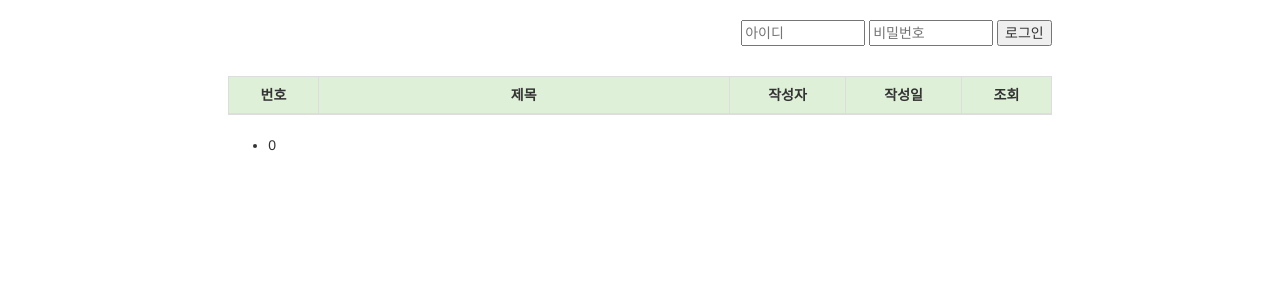
Repository: JinYongHyeon/kosta
Page: http://localhost/webstudy40-board-step4-update/
These files come from the project's save history. The page is drawn as it stood at one moment and after the next save; the edit follows.
The browser window is 1280 px wide. The pictures show the whole page.
The page is served by Tomcat 9. Other server files are loaded and not shown. Queries for data that is not in the repository find no rows.

Above is the page before, as saved 2020-09-30 08:14:44.

### web-workspace2/webstudy40-board-step4-update/WebContent/index.jsp
<%@ page language="java" contentType="text/html; charset=UTF-8"
    pageEncoding="UTF-8"%>
    <%@ taglib prefix="c" uri="http://java.sun.com/jsp/jstl/core"%>
 <jsp:forward page="front">
 	<jsp:param name="command" value="List" />
 </jsp:forward>

### web-workspace2/webstudy40-board-step4-update/WebContent/template/layout.jsp
<%@ page language="java" contentType="text/html; charset=UTF-8"
    pageEncoding="UTF-8"%>
<%@ taglib prefix="c" uri="http://java.sun.com/jsp/jstl/core" %>
<!DOCTYPE html>
<html lang="en">
<head>
  <title>board</title>
  <meta charset="utf-8">
  <meta name="viewport" content="width=device-width, initial-scale=1">
  <link rel="stylesheet" href="https://maxcdn.bootstrapcdn.com/bootstrap/3.3.7/css/bootstrap.min.css">
  <link rel="stylesheet" href="${pageContext.request.contextPath}/css/myhome.css">
</head>
<body>
<!-- container-fluid: 화면 너비와 상관없이 항상 100% -->
<div class="container-fluid">
  <div class="row header">
    <div class="col-sm-8 col-sm-offset-2" align="right">
   	<c:import url="/template/header.jsp"></c:import>
    </div>
  </div>
  <div class="row main">
    <div class="col-sm-8 col-sm-offset-2">
	<c:import url="${url}"></c:import>
    </div>
  </div>
</div>
</body>
</html>

### web-workspace2/webstudy40-board-step4-update/WebContent/template/header.jsp
<%@ page language="java" contentType="text/html; charset=UTF-8"
    pageEncoding="UTF-8"%>
    <%@ taglib prefix="c" uri="http://java.sun.com/jsp/jstl/core" %>
   <script type="text/javascript">
	function logout(){
		var f=confirm("로그아웃하시겠습니까?");
		if(f)
			location.href="${pageContext.request.contextPath}/front?command=Logout";
	}
</script>
<c:choose>
<c:when test="${sessionScope.mvo==null}">
<form method="post" action="${pageContext.request.contextPath}/front">
<input type="hidden" name="command" value="Login">
    <input type="text" name="id"   placeholder="아이디" size="12">
   <input type="password" name="password"  placeholder="비밀번호" size="12">
    <input type="submit" value="로그인">
</form>
</c:when>
<c:otherwise>
<a href="${pageContext.request.contextPath}/index.jsp">홈</a>&nbsp;&nbsp;
<a href="${pageContext.request.contextPath}/front?command=WritePostForm">글쓰기</a>&nbsp;&nbsp;
 ${sessionScope.mvo.name}님 &nbsp;&nbsp;
 <a href="javascript:logout()">로그아웃</a>
</c:otherwise>
</c:choose>

### web-workspace2/webstudy40-board-step4-update/WebContent/board/list.jsp
<%@ page language="java" contentType="text/html; charset=UTF-8"
	pageEncoding="UTF-8"%>
<%@ taglib prefix="c" uri="http://java.sun.com/jsp/jstl/core"%>
<table class="table table-bordered  table-hover boardlist">
	<thead>
		<tr class="success">
			<th>번호</th>
			<th class="title">제목</th>
			<th>작성자</th>
			<th>작성일</th>
			<th>조회</th>
		</tr>
	</thead>
	<tbody>
		<c:forEach var="pvo" items="${requestScope.lvo.list}">
			<tr>
				<td>${pvo.no }</td>
				<td><c:choose>
						<c:when test="${sessionScope.mvo!=null}">
							<a
								href="${pageContext.request.contextPath}/front?command=PostDetail&no=${pvo.no }">
								${pvo.title }</a>
						</c:when>
						<c:otherwise>
				${pvo.title }
				</c:otherwise>
					</c:choose></td>
				<td>${pvo.memberVO.name }</td>
				<td>${pvo.timePosted }</td>
				<td>${pvo.hits }</td>
			</tr>
		</c:forEach>
	</tbody>
</table>
<c:set value="${requestScoe.lvo.pagingBean}" var="bean"></c:set>
${bean.endPageGroup}
<ul>
	<c:forEach var="page" begin="${bean.startPageGroup}"
		end="${bean.endPageGroup}">
		<li>${page}</li>
	</c:forEach>
</ul>

### web-workspace2/webstudy40-board-step4-update/src/org/kosta/controller/HandlerMapping.java
package org.kosta.controller;

public class HandlerMapping {
	private static HandlerMapping instance=new HandlerMapping();
	private HandlerMapping() {}
	public static HandlerMapping getInstance() {
		return instance;
	}
	public Controller create(String command) {
		Controller controller=null;
		if(command.equals("List")){
			controller=new ListController();
		}else if(command.equals("Login")){
			controller=new LoginController();
		}else if(command.equals("Logout")){
			controller=new LogoutController();
		}else if(command.equals("PostDetail")){
			controller=new PostDetailController();
		}else if (command.equals("WritePostForm")) {
			controller = new WritePostFormController();
		}else if (command.equals("WritePost")) {
			controller = new WritePostController();
		}else if(command.equals("PostDetailNoHits")){
			controller=new PostDetailNoHitsController();
		}else if(command.equals("DeletePost")){
			controller=new DeletePostController();
		}else if(command.equals("UpdatePostForm")){
			controller=new UpdatePostFormController();
		}else if(command.equals("UpdatePost")){
			controller=new UpdatePostController();
		}
		return controller;
	}
}

### web-workspace2/webstudy40-board-step4-update/src/org/kosta/controller/Controller.java
package org.kosta.controller;

import javax.servlet.http.HttpServletRequest;
import javax.servlet.http.HttpServletResponse;

public interface Controller {
	public String execute(HttpServletRequest request,
			HttpServletResponse response) throws Exception;
}

### web-workspace2/webstudy40-board-step4-update/src/org/kosta/controller/ListController.java
package org.kosta.controller;

import java.util.ArrayList;

import javax.servlet.http.HttpServletRequest;
import javax.servlet.http.HttpServletResponse;

import org.kosta.model.BoardDAO;
import org.kosta.model.ListVO;
import org.kosta.model.PagingBean;
import org.kosta.model.PostVO;


public class ListController  implements Controller {
	@Override
	public String execute(HttpServletRequest request,
			HttpServletResponse response) throws Exception {
		//ArrayList<PostVO> list=BoardDAO.getInstance().getPostingList();
		//request.setAttribute("list", list);
		String nowPage = request.getParameter("nowPage");
		PagingBean pagingBean = null;
		int totalRow = BoardDAO.getInstance().getBoardAllRow();
		if(nowPage == null) {
		pagingBean = new PagingBean(totalRow);
		}else {
		pagingBean = new PagingBean(totalRow,Integer.parseInt(nowPage));
		}
		ArrayList<PostVO> pvoList = BoardDAO.getInstance().getPostingList(pagingBean);
		ListVO lvo = new ListVO(pvoList, pagingBean);
		request.setAttribute("lvo", lvo);
		request.setAttribute("url", "/board/list.jsp");
		return "/template/layout.jsp";
	}
}

### web-workspace2/webstudy40-board-step4-update/src/org/kosta/model/BoardDAO.java
package org.kosta.model;

import java.sql.Connection;
import java.sql.PreparedStatement;
import java.sql.ResultSet;
import java.sql.SQLException;
import java.util.ArrayList;

import javax.sql.DataSource;

public class BoardDAO {
	private static BoardDAO dao=new BoardDAO();
	private DataSource dataSource;
	private BoardDAO(){
		dataSource=DataSourceManager.getInstance().getDataSource();
	}
	public static BoardDAO getInstance(){
		return dao;
	}
	public Connection getConnection() throws SQLException{
		return dataSource.getConnection();
	}
	public void closeAll(PreparedStatement pstmt,Connection con) throws SQLException{
		if(pstmt!=null)
			pstmt.close();
		if(con!=null)
			con.close();
	}
	public void closeAll(ResultSet rs,PreparedStatement pstmt,Connection con) throws SQLException{
		if(rs!=null)
			rs.close();
		closeAll(pstmt,con);
	}

	public int getBoardAllRow() throws SQLException {
		int total = 0;
		Connection con =null;
		PreparedStatement pstmt = null;
		ResultSet rs  = null;
		try {
			con =dataSource.getConnection();
			String sql = "SELECT COUNT(*) FROM board";
			pstmt = con.prepareStatement(sql);
			rs = pstmt.executeQuery();
			if(rs.next()) {
				total = rs.getInt(1);
			}
		}finally {
			closeAll(rs,pstmt,con);
		}
		return total;
	}
	/**
	 * 페이지 번호에 해당하는 게시물 목록 리스트를 반환하는 메서드
	 * LIST SQL -> Test 후 반영하세요
	    SELECT b.no,b.title,b.hits,to_char(time_posted,'YYYY.MM.DD') as time_posted,m.id,m.name
		FROM board b , board_member m
		WHERE b.id=m.id
		order by no desc
	 * @param pageNo
	 * @return
	 * @throws SQLException
	 *
	 */
	public ArrayList<PostVO> getPostingList(PagingBean bean) throws SQLException{
		ArrayList<PostVO> list=new ArrayList<PostVO>();
		Connection con=null;
		PreparedStatement pstmt=null;
		ResultSet rs=null;
		try{
			con=getConnection();
			StringBuilder sql=new StringBuilder();
			sql.append("SELECT b.no,b.title,b.hits,b.time_posted,m.id,m.name ");
			sql.append("FROM(SELECT ROW_NUMBER() OVER(ORDER BY no DESC) AS rnum, no,title,hits,to_char(time_posted,'YYYY.MM.DD') as time_posted,id FROM board)");
			sql.append("b,board_member m WHERE b.id=m.id AND b.rnum BETWEEN ? AND ?");
			pstmt=con.prepareStatement(sql.toString());
			pstmt.setInt(1, bean.getPageStartRow());
			pstmt.setInt(2, bean.getPageEndRow());
			rs=pstmt.executeQuery();
			//목록에서 게시물 content는 필요없으므로 null로 setting
			//select no,title,time_posted,hits,id,name
			while(rs.next()){
				PostVO pvo=new PostVO();
				pvo.setNo(rs.getString(1));
				pvo.setTitle(rs.getString(2));
				pvo.setHits(rs.getInt(3));
				pvo.setTimePosted(rs.getString(4));
				MemberVO mvo=new MemberVO();
				mvo.setId(rs.getString(5));
				mvo.setName(rs.getString(6));
				pvo.setMemberVO(mvo);
				list.add(pvo);
			}
		}finally{
			closeAll(rs,pstmt,con);
		}
		return list;
	}
	 /**
     * Sequence 글번호로 게시물을 검색하는 메서드
     * @param no
     * @return
     * @throws SQLException
     */
	public PostVO getPostingByNo(String no) throws SQLException{
		PostVO pvo=null;
		Connection con=null;
		PreparedStatement pstmt=null;
		ResultSet rs=null;
		try{
			con=getConnection();
			StringBuilder sql=new StringBuilder();
			sql.append("select b.title,to_char(b.time_posted,'YYYY.MM.DD  HH24:MI:SS') as time_posted");
			sql.append(",b.content,b.hits,b.id,m.name");
			sql.append(" from board b,board_member m");
			sql.append(" where b.id=m.id and b.no=?");
			pstmt=con.prepareStatement(sql.toString());
			pstmt.setString(1, no);
			rs=pstmt.executeQuery();
			if(rs.next()){
				pvo=new PostVO();
				pvo.setNo(no);
				pvo.setTitle(rs.getString("title"));
				pvo.setContent(rs.getString("content"));
				pvo.setHits(rs.getInt("hits"));
				pvo.setTimePosted(rs.getString("time_posted"));
				MemberVO mvo=new MemberVO();
				mvo.setId(rs.getString("id"));
				mvo.setName(rs.getString("name"));
				pvo.setMemberVO(mvo);
			}
		}finally{
			closeAll(rs,pstmt,con);
		}
		return pvo;
	}
	/**
	 * 조회수 증가
	 * @param no
	 * @throws SQLException
	 */
	public void updateHit(String no) throws SQLException{
		Connection con=null;
		PreparedStatement pstmt=null;
		try{
			con=getConnection();
			String sql="update board set hits=hits+1 where no=?";
			pstmt=con.prepareStatement(sql);
			pstmt.setString(1, no);
			pstmt.executeUpdate();
		}finally{
			closeAll(pstmt,con);
		}
	}
	/**
	 * 게시물 등록 메서드
	 * 게시물 등록 후 생성된 시퀀스를 BoardVO에 setting 한다.
	 * insert into board(no,title,content,id,time_posted) values(board_seq.nextval,?,?,?,sysdate)
	 * @param vo
	 * @throws SQLException
	 */
	public void posting(PostVO vo) throws SQLException{
		Connection con=null;
		PreparedStatement pstmt=null;
		ResultSet rs=null;
		try{
			con=getConnection();
			StringBuilder sql=new StringBuilder();
			sql.append("insert into board(no,title,content,id,time_posted) ");
			sql.append("values(board_seq.nextval,?,?,?,sysdate)");
			pstmt=con.prepareStatement(sql.toString());
			pstmt.setString(1, vo.getTitle());
			pstmt.setString(2, vo.getContent());
			pstmt.setString(3, vo.getMemberVO().getId());
			pstmt.executeUpdate();
			pstmt.close();
			pstmt=con.prepareStatement("select board_seq.currval from dual");
			rs=pstmt.executeQuery();
			if(rs.next())
			vo.setNo(rs.getString(1));
		}finally{
			closeAll(rs,pstmt,con);
		}
	}
	/**
	 * 글번호에 해당하는 게시물을 삭제하는 메서드
	 * @param no
	 * @throws SQLException
	 */
	public void deletePosting(int no) throws SQLException{
		Connection con=null;
		PreparedStatement pstmt=null;
		try{
			con=getConnection();
			pstmt=con.prepareStatement("delete from board where no=?");
			pstmt.setInt(1, no);
			pstmt.executeUpdate();
		}finally{
			closeAll(pstmt,con);
		}
	}
	/**
	 * 게시물 정보 업데이트하는 메서드
	 * @param vo
	 * @throws SQLException
	 */
	public void updatePosting(PostVO vo) throws SQLException{
		Connection con=null;
		PreparedStatement pstmt=null;
		try{
			con=getConnection();
			pstmt=con.prepareStatement("update board set title=?,content=? where no=?");
			pstmt.setString(1, vo.getTitle());
			pstmt.setString(2, vo.getContent());
			pstmt.setString(3, vo.getNo());
			pstmt.executeUpdate();
		}finally{
			closeAll(pstmt,con);
		}
	}
}

### web-workspace2/webstudy40-board-step4-update/src/org/kosta/model/DataSourceManager.java
package org.kosta.model;

import javax.sql.DataSource;

import org.apache.tomcat.dbcp.dbcp2.BasicDataSource;



/**
 * 컨넥션 풀pool을 생성하여 공유하는 객체
 * (컨넥션풀은 컨넥션 필요시 생성,소멸하는
 * 방식이 아니라 빌려오고 반납받는 형식으로
 * 동작하여 성능을 향상시키는 것이 목적)
 *
 * 시스템 상에서 dbcp 는 하나만 존재하면 되고
 * 여러곳에서 사용하면 되므로 singleton pattern을
 * 적용하여 구현한다.
 * @author KOSTA
 *
 */
public class DataSourceManager {
	private static DataSourceManager instance
							=new DataSourceManager();
	private DataSource ds;
	private DataSourceManager(){
		BasicDataSource dataSource=new BasicDataSource();
		dataSource.setDriverClassName("oracle.jdbc.driver.OracleDriver");
		dataSource.setUrl("jdbc:oracle:thin:@127.0.0.1:1521:xe");
		dataSource.setUsername("scott");
		dataSource.setPassword("tiger");
		ds=dataSource;
	}
	public static DataSourceManager getInstance(){
		return instance;
	}
	public DataSource getDataSource(){
		return ds;
	}
}

### web-workspace2/webstudy40-board-step4-update/src/org/kosta/model/PagingBean.java
package org.kosta.model;

public class PagingBean {
	private int nowPage =1;
	//페이지당 게시물 수
	private int postCountPerPage = 5;
	//페이지 수
	private int postCountperPageGroup = 4;

	private int totalRow;


	public PagingBean(int totalRow) {
		this.totalRow = totalRow;
	}

	public PagingBean(int totalRow, int nowPage) {
		this.totalRow = totalRow;
		this.nowPage= nowPage;
	}
	//현 페이지 시작 번호
	public int getPageStartRow() {
		return (nowPage-1)*postCountPerPage+1;
	}

	//현 페이지 마지막 번호
	public int getPageEndRow() {
		return nowPage*postCountPerPage>totalRow?totalRow:nowPage*postCountPerPage;
	}

	//총 페이지
	public int getTotalPage() {
		return totalRow%postCountPerPage==0?totalRow/postCountPerPage:totalRow/postCountPerPage+1;
	}
	//총 그룹
	public int getTotalPageGroup() {
		return getTotalPage()%postCountperPageGroup==0?getTotalPage()/postCountperPageGroup:getTotalPage()/postCountperPageGroup+1;
	}

	//현재 그룹 번호
	public int getNowPageGroup(){
		return nowPage%postCountperPageGroup==0?nowPage/postCountperPageGroup:nowPage/postCountperPageGroup+1;
	}
	//현 그룹 시작번호
	public int getStartPageGroup() {
		return (getNowPageGroup()-1)*postCountperPageGroup+1;
	}
	//현 그룹 마지막 번호
	public int getEndPageGroup() {
		return getNowPageGroup()*postCountperPageGroup>getTotalPage()?getTotalPage():getNowPageGroup()*postCountperPageGroup;
	}
	//이전 페이지
	public boolean isPreviousPageGroup() {
		return getStartPageGroup()>1?true:false;
	}
	//다음 페이지
	public boolean isNextPageGroup() {
		return getEndPageGroup()<getTotalPageGroup()?true:false;
	}

	public static void main(String[] args) {
		PagingBean p = new PagingBean(47, 10);
		  // 현페이지의 시작 row number 를 조회 46
		  System.out.println("getBeginRowNumber:" + p.getPageStartRow());
		  // 현페이지의 마지막 row number 를 조회 47
		  System.out.println("getEndRowNumber:" + p.getPageEndRow());
		  // 전체 페이지 수 : 10
		  System.out.println("getTotalPage:" + p.getTotalPage());
		  // 전체 페이지 그룹 수 : 3
		  System.out.println("getTotalPageGroup:" + p.getTotalPageGroup());
		  System.out.println("////////////////////////////");
		  p = new PagingBean(31, 6);// 게시물수 31 현재 페이지 6
		  // 현페이지의 시작 row number 를 조회 26
		  System.out.println("getStartRowNumber:" + p.getPageStartRow());
		  // 현페이지의 마지막 row number 를 조회 30
		  System.out.println("getEndRowNumber:" + p.getPageEndRow());
		  // 게시물수 31 -> 총페이지수 7 -> 총페이지그룹->2
		 // 현재 페이지 그룹 : 2
		  System.out.println("getNowPageGroup:" + p.getNowPageGroup());
		  // 페이지 그룹의 시작 페이지 : 5
		  System.out.println("getStartPageOfPageGroup:" + p.getStartPageGroup());
		   // 페이지 그룹의 마지막 페이지 : 7
		  System.out.println("getEndPageOfPageGroup:" + p.getEndPageGroup());
		  // 이전 페이지 그룹이 있는 지 : true
		  System.out.println("isPreviousPageGroup:" + p.isPreviousPageGroup());
		  // 다음 페이지 그룹이 있는 지 : false
		  System.out.println("isNextPageGroup:" + p.isNextPageGroup());

	}

}

### web-workspace2/webstudy40-board-step4-update/src/org/kosta/model/ListVO.java
package org.kosta.model;

import java.util.ArrayList;

public class ListVO {
	private ArrayList<PostVO> list;
	private PagingBean pagingBean;

	public ListVO(ArrayList<PostVO> list, PagingBean pagingBean) {
		super();
		this.list = list;
		this.pagingBean = pagingBean;
	}

	public ArrayList<PostVO> getList() {
		return list;
	}

	public void setList(ArrayList<PostVO> list) {
		this.list = list;
	}

	public PagingBean getPagingBean() {
		return pagingBean;
	}

	public void setPagingBean(PagingBean pagingBean) {
		this.pagingBean = pagingBean;
	}

}

### web-workspace2/webstudy40-board-step4-update/src/org/kosta/model/PostVO.java
package org.kosta.model;

public class PostVO {
	private String no;
	private String title;
	private String content;
	private int hits;
	private String timePosted;
	private MemberVO memberVO;
	public PostVO() {
		super();
	}
	public PostVO(String no, String title, String content, int hits, String timePosted, MemberVO memberVO) {
		super();
		this.no = no;
		this.title = title;
		this.content = content;
		this.hits = hits;
		this.timePosted = timePosted;
		this.memberVO = memberVO;
	}
	public String getNo() {
		return no;
	}
	public void setNo(String no) {
		this.no = no;
	}
	public String getTitle() {
		return title;
	}
	public void setTitle(String title) {
		this.title = title;
	}
	public String getContent() {
		return content;
	}
	public void setContent(String content) {
		this.content = content;
	}
	public int getHits() {
		return hits;
	}
	public void setHits(int hits) {
		this.hits = hits;
	}
	public String getTimePosted() {
		return timePosted;
	}
	public void setTimePosted(String timePosted) {
		this.timePosted = timePosted;
	}
	public MemberVO getMemberVO() {
		return memberVO;
	}
	public void setMemberVO(MemberVO memberVO) {
		this.memberVO = memberVO;
	}
	@Override
	public String toString() {
		return "PostVO [no=" + no + ", title=" + title + ", content=" + content + ", hits=" + hits + ", timePosted="
				+ timePosted + ", memberVO=" + memberVO + "]";
	}


}

### web-workspace2/webstudy40-board-step4-update/WebContent/css/myhome.css
@charset "UTF-8";
.header {
	padding-top: 20px;
	padding-bottom: 30px;
}
.title {
	width: 50%;
}

.boardlist th,.boardlist td,.btnArea,.pagingArea{
	text-align: center;
}

After the next save:
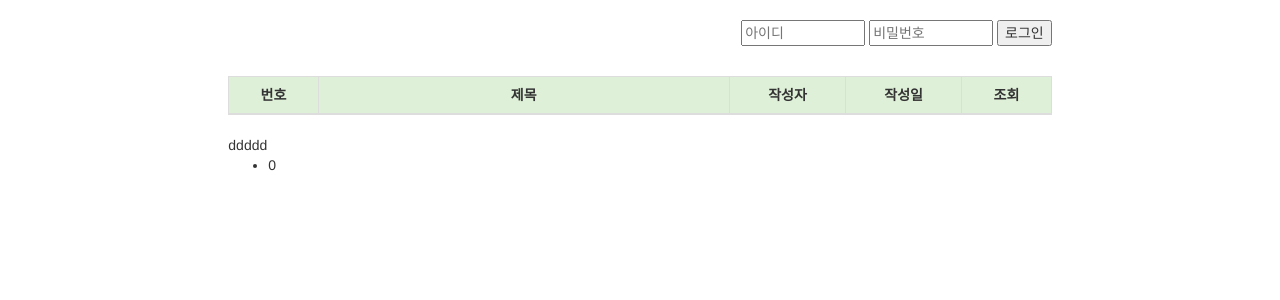
Saved 9 s later.
--- a/web-workspace2/webstudy40-board-step4-update/WebContent/board/list.jsp
+++ b/web-workspace2/webstudy40-board-step4-update/WebContent/board/list.jsp
@@ -33,7 +33,7 @@
 	</tbody>
 </table>
 <c:set value="${requestScoe.lvo.pagingBean}" var="bean"></c:set>
-${bean.endPageGroup}
+${bean.endPageGroup}ddddd
 <ul>
 	<c:forEach var="page" begin="${bean.startPageGroup}"
 		end="${bean.endPageGroup}">
